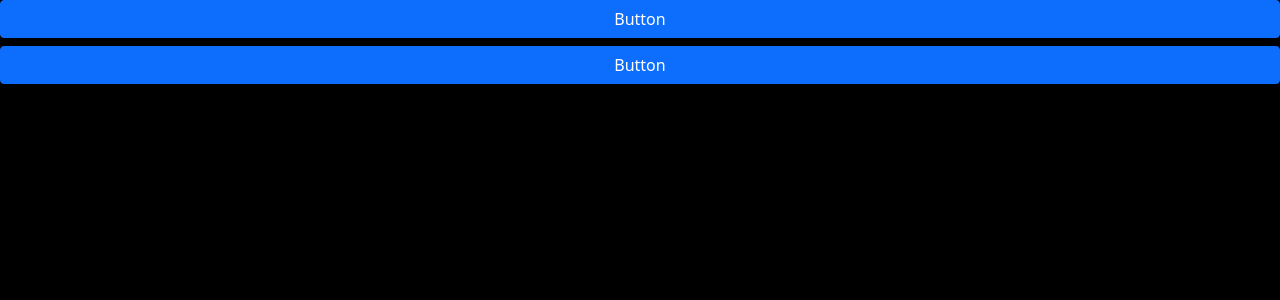
Repository: jontslater/LAB-link-in-bio
Page: index.html
An editor plug-in stored every save of this project. The page is shown before and after the next save, followed by the edit.
The browser window is 1280 px wide. The pictures show the whole page.

Above is the page before, as saved 2023-10-14 13:33:22.

### index.html
<!DOCTYPE html>
<html lang="en">
<head>
  <meta charset="UTF-8">
  <meta name="viewport" content="width=device-width, initial-scale=1.0">
  <title>linkinbio</title>
    <link href="https://cdn.jsdelivr.net/npm/bootstrap@5.1.3/dist/css/bootstrap.min.css" rel="stylesheet" integrity="sha384-1BmE4kWBq78iYhFldvKuhfTAU6auU8tT94WrHftjDbrCEXSU1oBoqyl2QvZ6jIW3" crossorigin="anonymous">
   <script src="main.js"></script>
  <link rel="stylesheet" href="main.css">

</head>
<body>

  <div class="d-grid gap-2">
    <button class="btn btn-primary" type="button">Button</button>
    <button class="btn btn-primary" type="button">Button</button>
  </div>


  <script src="https://cdn.jsdelivr.net/npm/bootstrap@5.1.3/dist/js/bootstrap.bundle.min.js" integrity="sha384-ka7Sk0Gln4gmtz2MlQnikT1wXgYsOg+OMhuP+IlRH9sENBO0LRn5q+8nbTov4+1p" crossorigin="anonymous"></script>
</body>
</html>

### main.js
console.log("This is a bio");

Loaded but not shown: main.css (common file)

After the next save:
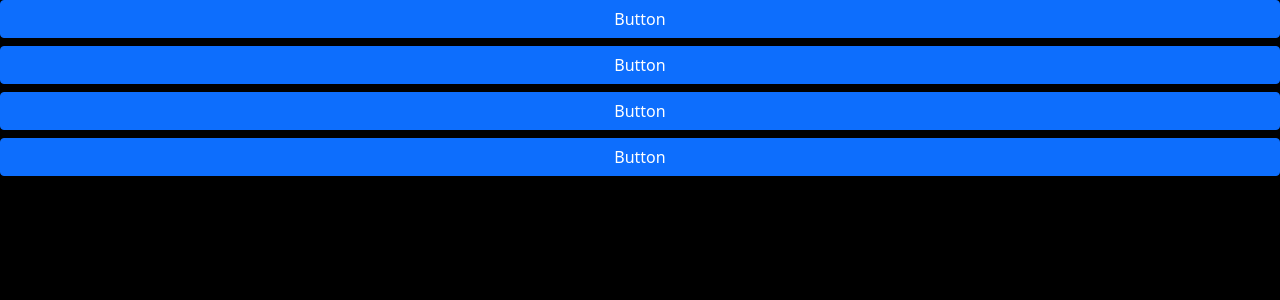
Saved 25 s later.
--- a/index.html
+++ b/index.html
@@ -14,6 +14,8 @@
   <div class="d-grid gap-2">
     <button class="btn btn-primary" type="button">Button</button>
     <button class="btn btn-primary" type="button">Button</button>
+    <button class="btn btn-primary" type="button">Button</button>
+    <button class="btn btn-primary" type="button">Button</button>
   </div>
 
 
